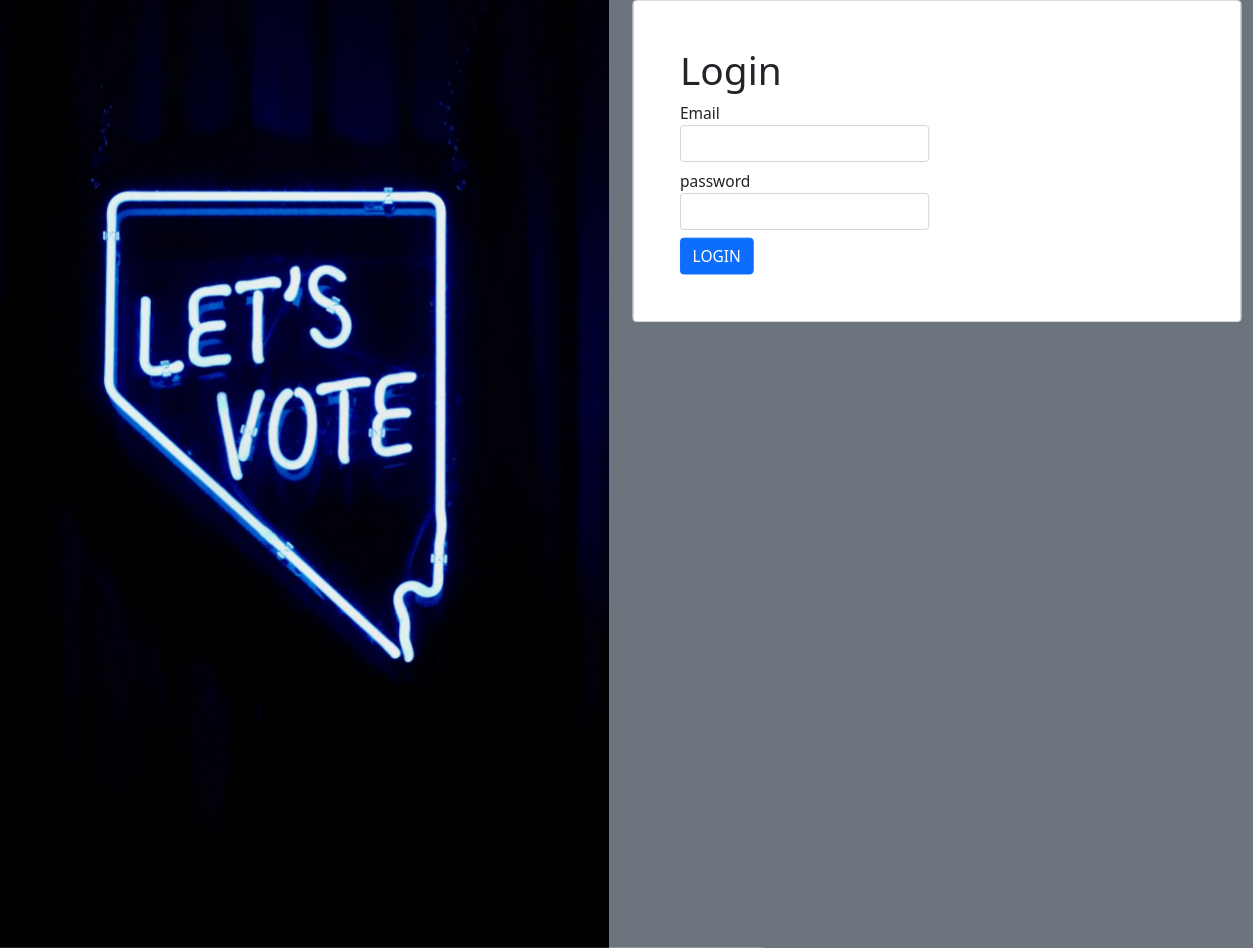
Repository: DavidManiIbrahim/Voting-app
Page: Login.html
These files come from the project's save history. The page is drawn as it stood at one moment and after the next save; the edit follows.
The browser window is 1280 px wide. The page is 1292 px wide, so the pictures cover 1292 px, including what lies to the right of the window. The pictures show the whole page, at 97% of full size.

Above is the page before, as saved 2025-01-18 07:01:23.

### Login.html
<!DOCTYPE html>
<html lang="en">
<head>
    <meta charset="UTF-8">
    <meta name="viewport" content="width=device-width, initial-scale=1.0">
    <title>Login Page</title>
    <link rel="stylesheet" href="./bootstrap.css">
</head>
<body>

<style>
    form{
        margin:100px auto;
    }
</style>

<div class="row bg-secondary">
    <div class="col-md  container-fluid">
        <img src="./unsplash_LA1VawaCjjI.svg" alt="login image" class=" img-fluid" width="100%">
    </div>
    <div class="col-md text-white align-items-center">
        <form action="" class="w-5  border p-5 m-auto top-50 form-control">
            <h1>Login</h1>
            <label for="email" class="form-label">Email  <br>
                <input class="form-control" type="text">
            </label> <br>
            <label class="form-label"" for="password">password  <br>
                <input class="form-control" type="password" class="form-text">
            </label> <br>
            <button class="btn btn-primary">LOGIN</button>
        </form>
    </div>
</div>








<script src="./bootstrap.min.js"></script>
</body>
</html>

Loaded but not shown: bootstrap.css (library); bootstrap.min.js (library)

After the next save:
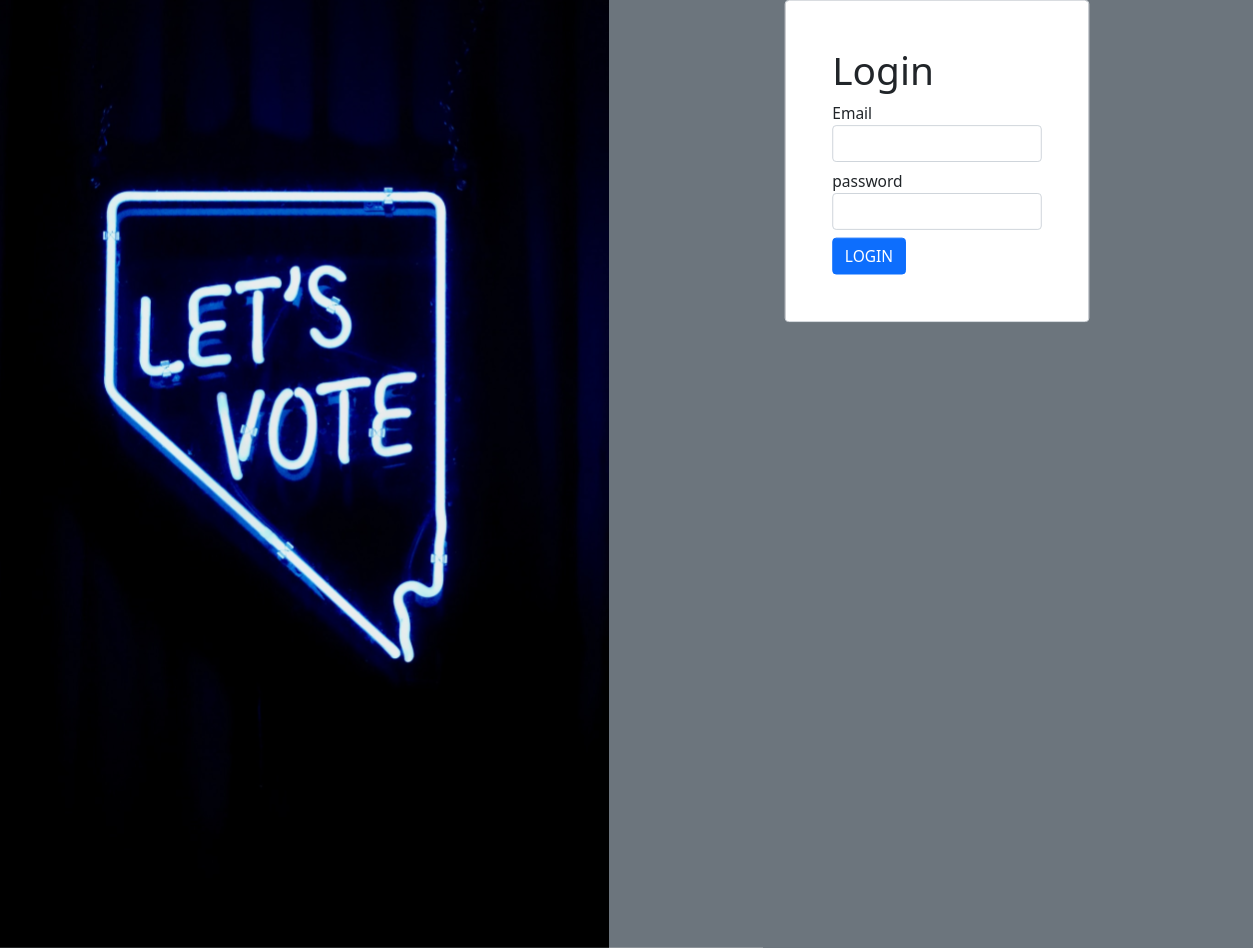
Saved 5 s later.
--- a/Login.html
+++ b/Login.html
@@ -19,7 +19,7 @@
         <img src="./unsplash_LA1VawaCjjI.svg" alt="login image" class=" img-fluid" width="100%">
     </div>
     <div class="col-md text-white align-items-center">
-        <form action="" class="w-5  border p-5 m-auto top-50 form-control">
+        <form action="" class="w-50  border p-5 m-auto top-50 form-control">
             <h1>Login</h1>
             <label for="email" class="form-label">Email  <br>
                 <input class="form-control" type="text">
